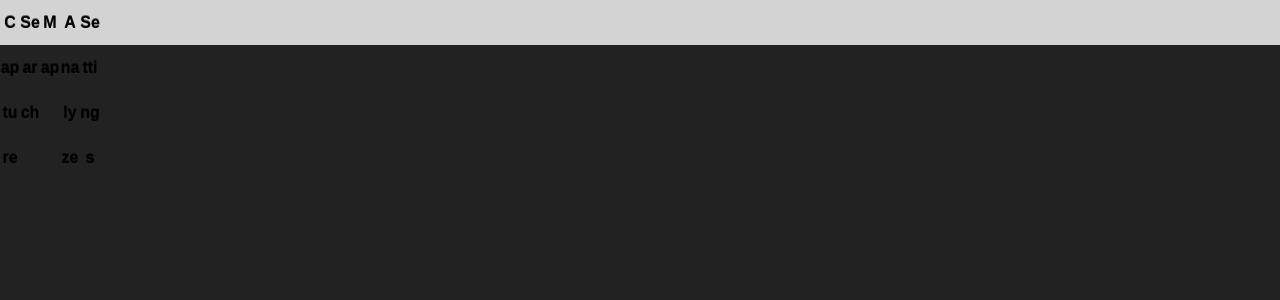
Repository: alightnin/WiFiGeolocator
Page: Final Project/WifiGeolocator/assets/www/index.html
These files come from the project's save history. The page is drawn as it stood at one moment and after the next save; the edit follows.
The browser window is 1280 px wide. The pictures show the whole page.

Above is the page before, as saved 2012-10-17 15:22:46.
Not found: Final Project/WifiGeolocator/assets/www/js/app.js

### Final Project/WifiGeolocator/assets/www/index.html
<!DOCTYPE HTML>
<html>
	<head>
		<meta name="viewport" content="width=device-width, initial-scale=1.0, user-scalable=0, minimum-scale=1.0, maximum-scale=1.0">
		<meta name="apple-mobile-web-app-capable" content="yes" />
		<link rel="stylesheet" href="css/geolocator.css">
		<script src="cordova-2.0.0.js"></script>
		<script src="js/iscroll-lite.js"></script>
		<script src="js/jquery-1.8.2.min.js"></script>
		<script src="js/app.js"></script>
		<script>
		$('#tab-bar a').on('click', function(e){
		    e.preventDefault();
		    var nextPage = $(e.target.hash);
		    $("#pages .current").removeClass("current");
		    nextPage.addClass("current");
		});
		</script>
		<title>WiFi GeoLocator</title>
	</head>
	<body>
		<header>
			<ul id="tab-bar">
    			<li><a href="#capture">Capture</a></li>
    			<li><a href="#search">Search</a></li>
    			<li><a href="#map">Map</a></li>
    			<li><a href="#analyze">Analyze</a></li>
    			<li><a href="#settings">Settings</a></li>
			</ul>
		</header>
		<div id="wrapper">
			<div id="main-content">
				<div id="pages">
    				<div id="capture" class="current">
    				</div>
    				<div id="search">
    				</div>
    				<div id="map">
    				</div>
    				<div id="analyze">
    				</div>
    				<div id="settings">
    				</div>
				</div>
			</div>
		</div>
	</body>
</html>

### Final Project/WifiGeolocator/assets/www/css/geolocator.css
html, body{
 margin: 0;
 padding: 0;
 border: 0;
}
body {
 font-family:Arial,  sans-serif;
 line-height:1.5;
 font-size:16px;
 background: #fff;
 padding:5px;
 color: #000000;
 word-wrap: break-word;
 -webkit-text-size-adjust: none;
}
h1, h2, h3, h4, h5, h6{ font-weight: normal; }
p img { float: left; margin: 0 10px 5px 0; padding: 0; }
img { border: 0; max-width: 100%; }
body{
    background: #222;
}
header{
    top:0; left:0;
    height:45px;
}
footer {
    bottom:0; left:0;
    height:48px;
    background-color:#c27b00;
    border-top:1px solid #eee;
}
header, footer{
    background-color:#d3d3d3;
    padding:0;
    position:absolute;
    z-index:2;
    font-size:16px;
    width:100%;
    text-align:center;
    color:#000000;
    font-weight:bold;
    text-shadow:0 -1px 0 rgba(0,0,0,0.5);
    line-height:45px;
}
h1{
    margin:0;
    text-transform: uppercase;
}
#wrapper {
    position:absolute;
    z-index:1;
    top:45px; bottom:48px; left:0;
    width:100%;
    overflow:auto;
}
#main-content {
    position:absolute;
    z-index:1;
    width:100%;
    padding:0;
}
#tab-bar{
    margin:0;
    padding:0;
}
#tab-bar li {
    display: inline;
    float:left;
    width: 20px;
}
#tab-bar a {
    color: #000000;
    display: block;
    overflow: hidden;
    position: relative;
    text-align: center;
    text-decoration: none;
    -webkit-touch-callout:none;
}
#pages > div {
    display: none;
    position: absolute;
    top:0;left:0;
    width:100%;
}
#pages > div.current {
    display: block;
}
#pages{
    position:relative;
}
.in, .out {
    -webkit-animation-timing-function: ease-in-out;
    -webkit-animation-duration: 400ms;
}
@-webkit-keyframes fade-in {
    from { opacity: 0; } to { opacity: 1; }
}
.fade.in {
    -webkit-animation-name: fade-in;
    z-index: 5;
}
.fade.out {
    z-index: 0;
}

### Final Project/WifiGeolocator/assets/www/js/iscroll-lite.js
/*!
 * iScroll Lite base on iScroll v4.1.6 ~ Copyright (c) 2011 Matteo Spinelli, http://cubiq.org
 * Released under MIT license, http://cubiq.org/license
 */

(function(){
var m = Math,
	mround = function (r) { return r >> 0; },
	vendor = (/webkit/i).test(navigator.appVersion) ? 'webkit' :
		(/firefox/i).test(navigator.userAgent) ? 'Moz' :
		'opera' in window ? 'O' : '',

    // Browser capabilities
    isAndroid = (/android/gi).test(navigator.appVersion),
    isIDevice = (/iphone|ipad/gi).test(navigator.appVersion),
    isPlaybook = (/playbook/gi).test(navigator.appVersion),
    isTouchPad = (/hp-tablet/gi).test(navigator.appVersion),

    has3d = 'WebKitCSSMatrix' in window && 'm11' in new WebKitCSSMatrix(),
    hasTouch = 'ontouchstart' in window && !isTouchPad,
    hasTransform = vendor + 'Transform' in document.documentElement.style,
    hasTransitionEnd = isIDevice || isPlaybook,

	nextFrame = (function() {
	    return window.requestAnimationFrame
			|| window.webkitRequestAnimationFrame
			|| window.mozRequestAnimationFrame
			|| window.oRequestAnimationFrame
			|| window.msRequestAnimationFrame
			|| function(callback) { return setTimeout(callback, 17); }
	})(),
	cancelFrame = (function () {
	    return window.cancelRequestAnimationFrame
			|| window.webkitCancelAnimationFrame
			|| window.webkitCancelRequestAnimationFrame
			|| window.mozCancelRequestAnimationFrame
			|| window.oCancelRequestAnimationFrame
			|| window.msCancelRequestAnimationFrame
			|| clearTimeout
	})(),

	// Events
	RESIZE_EV = 'onorientationchange' in window ? 'orientationchange' : 'resize',
	START_EV = hasTouch ? 'touchstart' : 'mousedown',
	MOVE_EV = hasTouch ? 'touchmove' : 'mousemove',
	END_EV = hasTouch ? 'touchend' : 'mouseup',
	CANCEL_EV = hasTouch ? 'touchcancel' : 'mouseup',

	// Helpers
	trnOpen = 'translate' + (has3d ? '3d(' : '('),
	trnClose = has3d ? ',0)' : ')',

	// Constructor
	iScroll = function (el, options) {
		var that = this,
			doc = document,
			i;

		that.wrapper = typeof el == 'object' ? el : doc.getElementById(el);
		that.wrapper.style.overflow = 'hidden';
		that.scroller = that.wrapper.children[0];

		// Default options
		that.options = {
			hScroll: true,
			vScroll: true,
			x: 0,
			y: 0,
			bounce: true,
			bounceLock: false,
			momentum: true,
			lockDirection: true,
			useTransform: true,
			useTransition: false,

			// Events
			onRefresh: null,
			onBeforeScrollStart: function (e) { e.preventDefault(); },
			onScrollStart: null,
			onBeforeScrollMove: null,
			onScrollMove: null,
			onBeforeScrollEnd: null,
			onScrollEnd: null,
			onTouchEnd: null,
			onDestroy: null
		};

		// User defined options
		for (i in options) that.options[i] = options[i];

		// Set starting position
		that.x = that.options.x;
		that.y = that.options.y;

		// Normalize options
		that.options.useTransform = hasTransform ? that.options.useTransform : false;
		that.options.hScrollbar = that.options.hScroll && that.options.hScrollbar;
		that.options.vScrollbar = that.options.vScroll && that.options.vScrollbar;
		that.options.useTransition = hasTransitionEnd && that.options.useTransition;

		// Set some default styles
		that.scroller.style[vendor + 'TransitionProperty'] = that.options.useTransform ? '-' + vendor.toLowerCase() + '-transform' : 'top left';
		that.scroller.style[vendor + 'TransitionDuration'] = '0';
		that.scroller.style[vendor + 'TransformOrigin'] = '0 0';
		if (that.options.useTransition) that.scroller.style[vendor + 'TransitionTimingFunction'] = 'cubic-bezier(0.33,0.66,0.66,1)';

		if (that.options.useTransform) that.scroller.style[vendor + 'Transform'] = trnOpen + that.x + 'px,' + that.y + 'px' + trnClose;
		else that.scroller.style.cssText += ';position:absolute;top:' + that.y + 'px;left:' + that.x + 'px';

		that.refresh();

		that._bind(RESIZE_EV, window);
		that._bind(START_EV);
		if (!hasTouch) that._bind('mouseout', that.wrapper);
	};

// Prototype
iScroll.prototype = {
	enabled: true,
	x: 0,
	y: 0,
	steps: [],
	scale: 1,

	handleEvent: function (e) {
		var that = this;
		switch(e.type) {
			case START_EV:
				if (!hasTouch && e.button !== 0) return;
				that._start(e);
				break;
			case MOVE_EV: that._move(e); break;
			case END_EV:
			case CANCEL_EV: that._end(e); break;
			case RESIZE_EV: that._resize(); break;
			case 'mouseout': that._mouseout(e); break;
			case 'webkitTransitionEnd': that._transitionEnd(e); break;
		}
	},

	_resize: function () {
		this.refresh();
	},

	_pos: function (x, y) {
		x = this.hScroll ? x : 0;
		y = this.vScroll ? y : 0;

		if (this.options.useTransform) {
			this.scroller.style[vendor + 'Transform'] = trnOpen + x + 'px,' + y + 'px' + trnClose + ' scale(' + this.scale + ')';
		} else {
			x = mround(x);
			y = mround(y);
			this.scroller.style.left = x + 'px';
			this.scroller.style.top = y + 'px';
		}

		this.x = x;
		this.y = y;
	},

	_start: function (e) {
		var that = this,
			point = hasTouch ? e.touches[0] : e,
			matrix, x, y;

		if (!that.enabled) return;

		if (that.options.onBeforeScrollStart) that.options.onBeforeScrollStart.call(that, e);

		if (that.options.useTransition) that._transitionTime(0);

		that.moved = false;
		that.animating = false;
		that.zoomed = false;
		that.distX = 0;
		that.distY = 0;
		that.absDistX = 0;
		that.absDistY = 0;
		that.dirX = 0;
		that.dirY = 0;

		if (that.options.momentum) {
			if (that.options.useTransform) {
				// Very lame general purpose alternative to CSSMatrix
				matrix = getComputedStyle(that.scroller, null)[vendor + 'Transform'].replace(/[^0-9-.,]/g, '').split(',');
				x = matrix[4] * 1;
				y = matrix[5] * 1;
			} else {
				x = getComputedStyle(that.scroller, null).left.replace(/[^0-9-]/g, '') * 1;
				y = getComputedStyle(that.scroller, null).top.replace(/[^0-9-]/g, '') * 1;
			}

			if (x != that.x || y != that.y) {
				if (that.options.useTransition) that._unbind('webkitTransitionEnd');
				else cancelFrame(that.aniTime);
				that.steps = [];
				that._pos(x, y);
			}
		}

		that.startX = that.x;
		that.startY = that.y;
		that.pointX = point.pageX;
		that.pointY = point.pageY;

		that.startTime = e.timeStamp || Date.now();

		if (that.options.onScrollStart) that.options.onScrollStart.call(that, e);

		that._bind(MOVE_EV);
		that._bind(END_EV);
		that._bind(CANCEL_EV);
	},

	_move: function (e) {
		var that = this,
			point = hasTouch ? e.touches[0] : e,
			deltaX = point.pageX - that.pointX,
			deltaY = point.pageY - that.pointY,
			newX = that.x + deltaX,
			newY = that.y + deltaY,
			timestamp = e.timeStamp || Date.now();

		if (that.options.onBeforeScrollMove) that.options.onBeforeScrollMove.call(that, e);

		that.pointX = point.pageX;
		that.pointY = point.pageY;

		// Slow down if outside of the boundaries
		if (newX > 0 || newX < that.maxScrollX) {
			newX = that.options.bounce ? that.x + (deltaX / 2) : newX >= 0 || that.maxScrollX >= 0 ? 0 : that.maxScrollX;
		}
		if (newY > 0 || newY < that.maxScrollY) {
			newY = that.options.bounce ? that.y + (deltaY / 2) : newY >= 0 || that.maxScrollY >= 0 ? 0 : that.maxScrollY;
		}

		that.distX += deltaX;
		that.distY += deltaY;
		that.absDistX = m.abs(that.distX);
		that.absDistY = m.abs(that.distY);

		if (that.absDistX < 6 && that.absDistY < 6) {
			return;
		}

		// Lock direction
		if (that.options.lockDirection) {
			if (that.absDistX > that.absDistY + 5) {
				newY = that.y;
				deltaY = 0;
			} else if (that.absDistY > that.absDistX + 5) {
				newX = that.x;
				deltaX = 0;
			}
		}

		that.moved = true;
		that._pos(newX, newY);
		that.dirX = deltaX > 0 ? -1 : deltaX < 0 ? 1 : 0;
		that.dirY = deltaY > 0 ? -1 : deltaY < 0 ? 1 : 0;

		if (timestamp - that.startTime > 300) {
			that.startTime = timestamp;
			that.startX = that.x;
			that.startY = that.y;
		}

		if (that.options.onScrollMove) that.options.onScrollMove.call(that, e);
	},

	_end: function (e) {
		if (hasTouch && e.touches.length != 0) return;

		var that = this,
			point = hasTouch ? e.changedTouches[0] : e,
			target, ev,
			momentumX = { dist:0, time:0 },
			momentumY = { dist:0, time:0 },
			duration = (e.timeStamp || Date.now()) - that.startTime,
			newPosX = that.x,
			newPosY = that.y,
			newDuration;

		that._unbind(MOVE_EV);
		that._unbind(END_EV);
		that._unbind(CANCEL_EV);

		if (that.options.onBeforeScrollEnd) that.options.onBeforeScrollEnd.call(that, e);

		if (!that.moved) {
			if (hasTouch) {
				// Find the last touched element
				target = point.target;
				while (target.nodeType != 1) target = target.parentNode;

				if (target.tagName != 'SELECT' && target.tagName != 'INPUT' && target.tagName != 'TEXTAREA') {
					ev = document.createEvent('MouseEvents');
					ev.initMouseEvent('click', true, true, e.view, 1,
						point.screenX, point.screenY, point.clientX, point.clientY,
						e.ctrlKey, e.altKey, e.shiftKey, e.metaKey,
						0, null);
					ev._fake = true;
					target.dispatchEvent(ev);
				}
			}

			that._resetPos(200);

			if (that.options.onTouchEnd) that.options.onTouchEnd.call(that, e);
			return;
		}

		if (duration < 300 && that.options.momentum) {
			momentumX = newPosX ? that._momentum(newPosX - that.startX, duration, -that.x, that.scrollerW - that.wrapperW + that.x, that.options.bounce ? that.wrapperW : 0) : momentumX;
			momentumY = newPosY ? that._momentum(newPosY - that.startY, duration, -that.y, (that.maxScrollY < 0 ? that.scrollerH - that.wrapperH + that.y : 0), that.options.bounce ? that.wrapperH : 0) : momentumY;

			newPosX = that.x + momentumX.dist;
			newPosY = that.y + momentumY.dist;

 			if ((that.x > 0 && newPosX > 0) || (that.x < that.maxScrollX && newPosX < that.maxScrollX)) momentumX = { dist:0, time:0 };
 			if ((that.y > 0 && newPosY > 0) || (that.y < that.maxScrollY && newPosY < that.maxScrollY)) momentumY = { dist:0, time:0 };
		}

		if (momentumX.dist || momentumY.dist) {
			newDuration = m.max(m.max(momentumX.time, momentumY.time), 10);

			that.scrollTo(mround(newPosX), mround(newPosY), newDuration);

			if (that.options.onTouchEnd) that.options.onTouchEnd.call(that, e);
			return;
		}

		that._resetPos(200);
		if (that.options.onTouchEnd) that.options.onTouchEnd.call(that, e);
	},

	_resetPos: function (time) {
		var that = this,
			resetX = that.x >= 0 ? 0 : that.x < that.maxScrollX ? that.maxScrollX : that.x,
			resetY = that.y >= 0 || that.maxScrollY > 0 ? 0 : that.y < that.maxScrollY ? that.maxScrollY : that.y;

		if (resetX == that.x && resetY == that.y) {
			if (that.moved) {
				if (that.options.onScrollEnd) that.options.onScrollEnd.call(that);		// Execute custom code on scroll end
				that.moved = false;
			}

			return;
		}

		that.scrollTo(resetX, resetY, time || 0);
	},

	_mouseout: function (e) {
		var t = e.relatedTarget;

		if (!t) {
			this._end(e);
			return;
		}

		while (t = t.parentNode) if (t == this.wrapper) return;

		this._end(e);
	},

	_transitionEnd: function (e) {
		var that = this;

		if (e.target != that.scroller) return;

		that._unbind('webkitTransitionEnd');

		that._startAni();
	},

	/**
	 *
	 * Utilities
	 *
	 */
	_startAni: function () {
		var that = this,
			startX = that.x, startY = that.y,
			startTime = Date.now(),
			step, easeOut,
			animate;

		if (that.animating) return;

		if (!that.steps.length) {
			that._resetPos(400);
			return;
		}

		step = that.steps.shift();

		if (step.x == startX && step.y == startY) step.time = 0;

		that.animating = true;
		that.moved = true;

		if (that.options.useTransition) {
			that._transitionTime(step.time);
			that._pos(step.x, step.y);
			that.animating = false;
			if (step.time) that._bind('webkitTransitionEnd');
			else that._resetPos(0);
			return;
		}

		animate = function () {
			var now = Date.now(),
				newX, newY;

			if (now >= startTime + step.time) {
				that._pos(step.x, step.y);
				that.animating = false;
				if (that.options.onAnimationEnd) that.options.onAnimationEnd.call(that);			// Execute custom code on animation end
				that._startAni();
				return;
			}

			now = (now - startTime) / step.time - 1;
			easeOut = m.sqrt(1 - now * now);
			newX = (step.x - startX) * easeOut + startX;
			newY = (step.y - startY) * easeOut + startY;
			that._pos(newX, newY);
			if (that.animating) that.aniTime = nextFrame(animate);
		};

		animate();
	},

	_transitionTime: function (time) {
		this.scroller.style[vendor + 'TransitionDuration'] = time + 'ms';
	},

	_momentum: function (dist, time, maxDistUpper, maxDistLower, size) {
		var deceleration = 0.0006,
			speed = m.abs(dist) / time,
			newDist = (speed * speed) / (2 * deceleration),
			newTime = 0, outsideDist = 0;

		// Proportinally reduce speed if we are outside of the boundaries
		if (dist > 0 && newDist > maxDistUpper) {
			outsideDist = size / (6 / (newDist / speed * deceleration));
			maxDistUpper = maxDistUpper + outsideDist;
			speed = speed * maxDistUpper / newDist;
			newDist = maxDistUpper;
		} else if (dist < 0 && newDist > maxDistLower) {
			outsideDist = size / (6 / (newDist / speed * deceleration));
			maxDistLower = maxDistLower + outsideDist;
			speed = speed * maxDistLower / newDist;
			newDist = maxDistLower;
		}

		newDist = newDist * (dist < 0 ? -1 : 1);
		newTime = speed / deceleration;

		return { dist: newDist, time: mround(newTime) };
	},

	_offset: function (el) {
		var left = -el.offsetLeft,
			top = -el.offsetTop;

		while (el = el.offsetParent) {
			left -= el.offsetLeft;
			top -= el.offsetTop;
		}

		return { left: left, top: top };
	},

	_bind: function (type, el, bubble) {
		(el || this.scroller).addEventListener(type, this, !!bubble);
	},

	_unbind: function (type, el, bubble) {
		(el || this.scroller).removeEventListener(type, this, !!bubble);
	},


	/**
	 *
	 * Public methods
	 *
	 */
	destroy: function () {
		var that = this;

		that.scroller.style[vendor + 'Transform'] = '';

		// Remove the event listeners
		that._unbind(RESIZE_EV, window);
		that._unbind(START_EV);
		that._unbind(MOVE_EV);
		that._unbind(END_EV);
		that._unbind(CANCEL_EV);
		that._unbind('mouseout', that.wrapper);
		if (that.options.useTransition) that._unbind('webkitTransitionEnd');

		if (that.options.onDestroy) that.options.onDestroy.call(that);
	},

	refresh: function () {
		var that = this,
			offset;

		that.wrapperW = that.wrapper.clientWidth;
		that.wrapperH = that.wrapper.clientHeight;

		that.scrollerW = that.scroller.offsetWidth;
		that.scrollerH = that.scroller.offsetHeight;
		that.maxScrollX = that.wrapperW - that.scrollerW;
		that.maxScrollY = that.wrapperH - that.scrollerH;
		that.dirX = 0;
		that.dirY = 0;

		that.hScroll = that.options.hScroll && that.maxScrollX < 0;
		that.vScroll = that.options.vScroll && (!that.options.bounceLock && !that.hScroll || that.scrollerH > that.wrapperH);

		offset = that._offset(that.wrapper);
		that.wrapperOffsetLeft = -offset.left;
		that.wrapperOffsetTop = -offset.top;


		that.scroller.style[vendor + 'TransitionDuration'] = '0';

		that._resetPos(200);
	},

	scrollTo: function (x, y, time, relative) {
		var that = this,
			step = x,
			i, l;

		that.stop();

		if (!step.length) step = [{ x: x, y: y, time: time, relative: relative }];

		for (i=0, l=step.length; i<l; i++) {
			if (step[i].relative) { step[i].x = that.x - step[i].x; step[i].y = that.y - step[i].y; }
			that.steps.push({ x: step[i].x, y: step[i].y, time: step[i].time || 0 });
		}

		that._startAni();
	},

	scrollToElement: function (el, time) {
		var that = this, pos;
		el = el.nodeType ? el : that.scroller.querySelector(el);
		if (!el) return;

		pos = that._offset(el);
		pos.left += that.wrapperOffsetLeft;
		pos.top += that.wrapperOffsetTop;

		pos.left = pos.left > 0 ? 0 : pos.left < that.maxScrollX ? that.maxScrollX : pos.left;
		pos.top = pos.top > 0 ? 0 : pos.top < that.maxScrollY ? that.maxScrollY : pos.top;
		time = time === undefined ? m.max(m.abs(pos.left)*2, m.abs(pos.top)*2) : time;

		that.scrollTo(pos.left, pos.top, time);
	},

	disable: function () {
		this.stop();
		this._resetPos(0);
		this.enabled = false;

		// If disabled after touchstart we make sure that there are no left over events
		this._unbind(MOVE_EV);
		this._unbind(END_EV);
		this._unbind(CANCEL_EV);
	},

	enable: function () {
		this.enabled = true;
	},

	stop: function () {
		cancelFrame(this.aniTime);
		this.steps = [];
		this.moved = false;
		this.animating = false;
	}
};

if (typeof exports !== 'undefined') exports.iScroll = iScroll;
else window.iScroll = iScroll;

})();

Loaded but not shown: Final Project/WifiGeolocator/assets/www/js/cordova-2.0.0.js (library); Final Project/WifiGeolocator/assets/www/js/jquery-1.8.2.min.js (library)

After the next save:
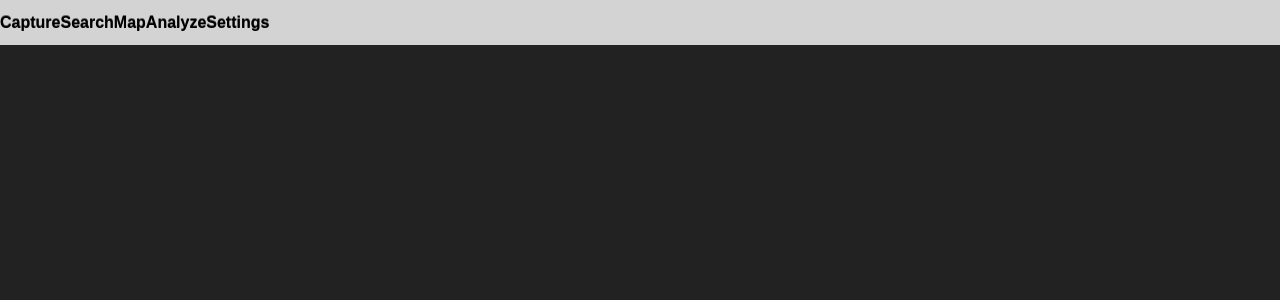
Saved 18 s later.
--- a/Final Project/WifiGeolocator/assets/www/css/geolocator.css
+++ b/Final Project/WifiGeolocator/assets/www/css/geolocator.css
@@ -66,7 +66,7 @@ h1{
 #tab-bar li {
     display: inline;
     float:left;
-    width: 20px;
+    width: 100;
 }
 #tab-bar a {
     color: #000000;
